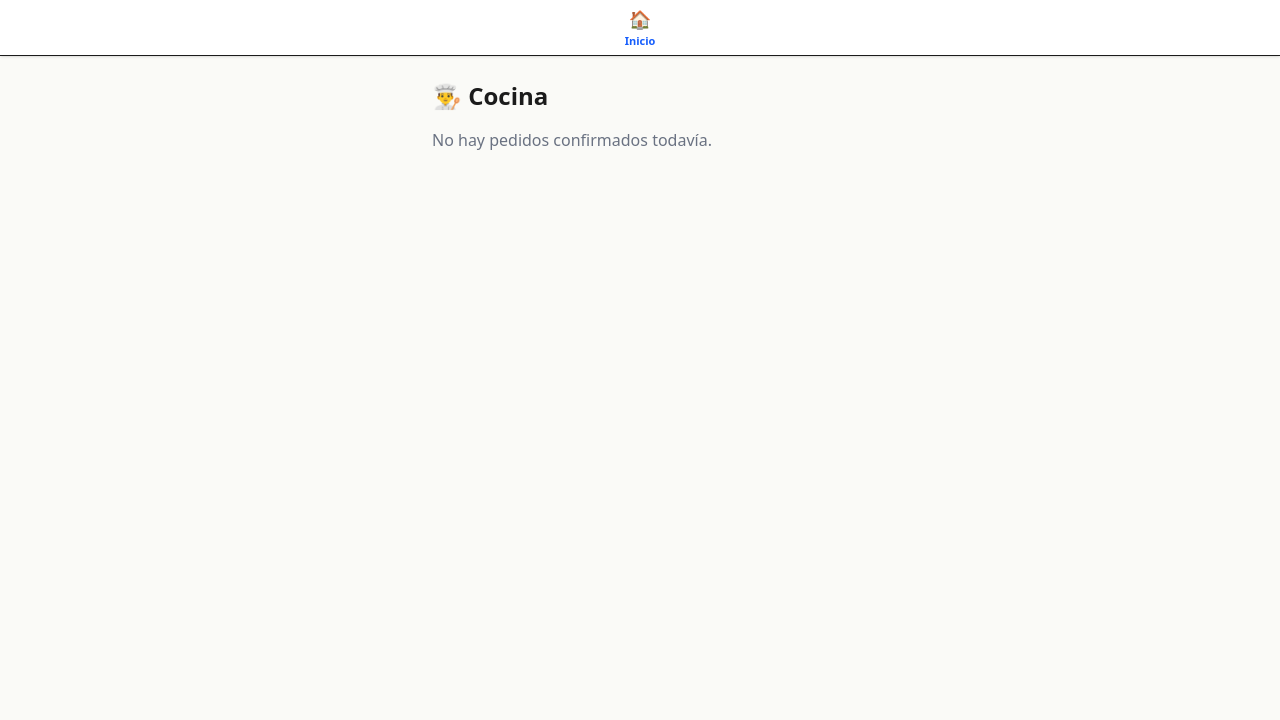
Repository: jrcardenas/sirvaapp
Page: /cocina
An editor plug-in stored every save of this project. The page is shown before and after the next save, followed by the edit.
The browser window is 1280 px wide. The pictures show the whole page.
The project was rebuilt for these pictures with package versions that can differ from the ones it lists, and the page was loaded fresh each time. The framework's server and built-in components were replaced by stand-ins that run in the browser. Also part of the build but not shown: next.config.ts, app/components/ui/CallWaiterToast.tsx.

Above is the page before, as saved 2025-11-07 16:28:55.

### app/layout.tsx
import type { Metadata } from "next";
import "./globals.css";

import Header from "@/components/layout/Header";
import CallWaiterPopup from "@/components/ui/CallWaiterPopup";
import CallWaiterToast from "@/components/ui/CallWaiterToast";

export const metadata: Metadata = {
  title: "SirvaApp",
  description: "Pide desde tu mesa. Sirve más rápido.",
};

export default function RootLayout({ children }: { children: React.ReactNode }) {
  return (
    <html lang="es">
      <body className="bg-[var(--color-background)] text-[var(--color-text-dark)]">
        <Header />

        {/* ✅ Popup de confirmación */}
        <CallWaiterPopup />

        {/* ✅ Toast flotante */}
        <CallWaiterToast />

        <main className="pt-16 pb-32 max-w-md mx-auto">
          {children}
        </main>
      </body>
    </html>
  );
}

### app/cocina/page.tsx
import { useOrderStore } from "@/store/orderStore";

export default function CocinaPage() {
  const mesas = useOrderStore((state) => state.mesas);

  // ✅ solo mostrar pedidos confirmados o en cocina
  const pedidosCocina = Object.entries(mesas).flatMap(([mesaId, mesa]) =>
    mesa.items
      .filter((item) =>
        item.estado === "confirmado" || item.estado === "enCocina"
      )
      .map((item) => ({
        ...item,
        mesaId,
      }))
  );

  return (
    <div className="p-4">
      <h1 className="text-2xl font-bold mb-4">👨‍🍳 Cocina</h1>

      {pedidosCocina.length === 0 && (
        <p className="text-gray-500">No hay pedidos confirmados todavía.</p>
      )}

      <div className="grid gap-3">
        {pedidosCocina.map((pedido) => (
          <div
            key={pedido.timestamp}
            className="p-3 rounded-lg shadow bg-white flex justify-between items-center"
          >
            <div>
              <p className="font-semibold">{pedido.name}</p>
              <p className="text-sm text-gray-500">Mesa {pedido.mesaId}</p>
            </div>

            <div className="flex gap-2">
              {pedido.estado === "confirmado" && (
                <button
                  onClick={() =>
                    useOrderStore
                      .getState()
                      .actualizarEstadoItem(pedido.mesaId, pedido.timestamp, "enCocina")
                  }
                  className="px-3 py-1 bg-yellow-500 text-white rounded"
                >
                  En cocina
                </button>
              )}

              {pedido.estado === "enCocina" && (
                <button
                  onClick={() =>
                    useOrderStore
                      .getState()
                      .actualizarEstadoItem(pedido.mesaId, pedido.timestamp, "listo")
                  }
                  className="px-3 py-1 bg-green-600 text-white rounded"
                >
                  Listo
                </button>
              )}
            </div>
          </div>
        ))}
      </div>
    </div>
  );
}

### app/globals.css
@import "tailwindcss";

/* ✅ Variables globales a juego con tu tailwind.config */
:root {
  --color-background: #FAFAF7;
  --color-surface: #FFFFFF;
  --color-surface-alt: #F3F3EF;

  --color-text-dark: #1B1B1B;
  --color-text-muted: #606060;
  --color-text-disabled: #AFAFAF;

  --color-border: #D4D4D4;

  --color-primary: #2E7D32;
  --color-primary-light: #4CAF50;
  --color-accent: #81C784;
  --color-danger: #C62828;

  --color-disabled-bg: #E6E6E6;
  --color-disabled-text: #A8A8A8;

  --radius: 14px;
  --button-height: 48px;
}

/* ✅ Fuente base limpia y moderna */
body {
  font-family: system-ui, -apple-system, BlinkMacSystemFont, "Segoe UI",
    Roboto, "Helvetica Neue", Arial, sans-serif;
  background-color: var(--color-background);
  color: var(--color-text-dark);
  -webkit-tap-highlight-color: transparent;
}

/* ✅ Utilidades de color para usar con clases Tailwind */
.bg-background { background-color: var(--color-background); }
.bg-surface { background-color: var(--color-surface); }
.bg-surfaceAlt { background-color: var(--color-surface-alt); }

.text-textDark { color: var(--color-text-dark); }
.text-textMuted { color: var(--color-text-muted); }
.text-disabledText { color: var(--color-text-disabled); }

.border-border { border-color: var(--color-border); }

.bg-primary { background-color: var(--color-primary); }
.bg-primaryLight { background-color: var(--color-primary-light); }
.bg-accent { background-color: var(--color-accent); }
.bg-danger { background-color: var(--color-danger); }

.bg-disabledBg { background-color: var(--color-disabled-bg); }

/* ✅ Botones sin texto invisible */
.disabled\:text-disabledText:disabled {
  color: var(--color-disabled-text);
}

/* ✅ Animaciones */
@keyframes fadeIn {
  from { opacity: 0; }
  to { opacity: 1; }
}

@keyframes slideUp {
  from { opacity: 0; transform: translateY(20px); }
  to { opacity: 1; transform: translateY(0); }
}

.animate-modal {
  animation: fadeIn 0.25s ease-out forwards,
             slideUp 0.25s ease-out forwards;
}

.animate-fade-in {
  animation: fadeIn 0.25s ease-out;
}

.animate-toast {
  animation: fadeIn 0.3s ease-out;
}

### app/components/layout/Header.tsx
"use client";

import { usePathname, useParams, useRouter } from "next/navigation";
import { useOrderStore } from "@/store/orderStore";
import { useEffect, useRef, useState } from "react";

type CallItem = {
  label: string;
  icon: string;
  visible: boolean;
  action: "call";
};

type LinkItem = {
  href: string;
  label: string;
  icon: string;
  visible: boolean;
};

type NavItem = CallItem | LinkItem;
function isLinkItem(item: NavItem): item is LinkItem {
  return "href" in item;
}

export default function Header() {
  const pathname = usePathname();
  const router = useRouter();
  const { mesas, llamarCamarero } = useOrderStore();

  const params = useParams() as Record<string, string | string[]>;
  const mesaId =
    typeof params?.id === "string"
      ? params.id
      : Array.isArray(params?.id)
      ? params.id[0]
      : undefined;

  const mesa = mesaId ? mesas[mesaId] : undefined;
  const llamada = mesa?.llamada ?? false;

  const [showPopup, setShowPopup] = useState(false);
  const [showToast, setShowToast] = useState(false);

  const dingRef = useRef<HTMLAudioElement | null>(null);

  // ✅ Prepara sonido (solo se reproduce cuando responde camarero)
  useEffect(() => {
    dingRef.current = new Audio("/sounds/ding.mp3");
    dingRef.current!.volume = 1;
  }, []);

  // ✅ Escucha notificación del camarero ➝ Toast + sonido
  useEffect(() => {
    if (!mesaId) return;

    const notify = new BroadcastChannel("notify_channel");

    notify.onmessage = (ev) => {
      const data = ev.data;
      if (!data || data.mesaId !== mesaId) return;

      if (data.mensaje === "camareroEnCamino") {
        dingRef.current?.play().catch(() => null);
        setShowToast(true);
        setTimeout(() => setShowToast(false), 3000);
      }
    };

    return () => notify.close();
  }, [mesaId]);

  const navItems: NavItem[] = [
    { href: "/", label: "Inicio", icon: "🏠", visible: true },
    {
      href: mesaId ? `/mesa/${mesaId}/menu` : "/",
      label: "Menú",
      icon: "🍽️",
      visible: !!mesaId,
    },
    {
      href: mesaId ? `/mesa/${mesaId}/cuenta` : "/",
      label: "Cuenta",
      icon: "🧾",
      visible: !!mesaId,
    },
    {
      label: llamada ? "Esperando" : "Llamar",
      icon: "🛎️",
      visible: !!mesaId,
      action: "call",
    },
    {
      href: mesaId ? `/mesa/${mesaId}/info` : "/",
      label: "Info",
      icon: "ℹ️",
      visible: !!mesaId,
    },
  ];

  // ✅ Cliente confirma que quiere llamar
  const handleConfirmCall = () => {
    if (!mesaId) return;

    llamarCamarero(mesaId);

    const pedidos = new BroadcastChannel("pedidos_channel");
    pedidos.postMessage({
      tipo: "llamada",
      mesaId,
      mesas: useOrderStore.getState().mesas,
    });
    pedidos.close();

    setShowPopup(false);
  };

  const handleClick = (item: NavItem) => {
    if (!item.visible) return;

    if (!isLinkItem(item)) {
      if (!llamada) setShowPopup(true);
      return;
    }

    router.push(item.href);
  };

  return (
    <>
      {/* ✅ Barra navegación */}
      <header className="w-full h-14 bg-white border-b shadow-sm fixed top-0 z-50">
        <nav className="flex justify-around items-center max-w-md mx-auto h-full text-[11px]">
          {navItems.filter((i) => i.visible).map((item) => {
            const isActive =
              isLinkItem(item) && pathname?.startsWith(item.href);
            const isCallActive = !isLinkItem(item) && llamada;

            return (
              <button
                key={item.label}
                onClick={() => handleClick(item)}
                className={`flex flex-col items-center relative ${
                  isActive || isCallActive
                    ? "text-blue-600 font-bold"
                    : "text-gray-500"
                }`}
              >
                <span className="text-lg">{item.icon}</span>
                <span>{item.label}</span>

                {!isLinkItem(item) && llamada && (
                  <span className="absolute top-0 right-0 w-2 h-2 bg-red-500 rounded-full animate-ping" />
                )}
              </button>
            );
          })}
        </nav>
      </header>

      {/* ✅ Confirmación llamada */}
      {showPopup && (
        <div className="fixed inset-0 bg-black/40 flex items-center justify-center z-50">
          <div className="bg-white rounded-2xl p-6 w-80 shadow-xl">
            <h3 className="text-lg font-bold text-center mb-4">
              ¿Llamar al camarero?
            </h3>

            <div className="flex gap-2">
              <button
                className="w-1/2 bg-gray-300 py-2 rounded-xl font-semibold"
                onClick={() => setShowPopup(false)}
              >
                ❌ Cancelar
              </button>

              <button
                className="w-1/2 bg-blue-600 text-white rounded-xl font-bold py-2"
                onClick={handleConfirmCall}
              >
                ✅ Llamar
              </button>
            </div>
          </div>
        </div>
      )}

      {/* ✅ Toast cuando camarero responde */}
      {showToast && (
        <div className="fixed bottom-24 left-1/2 -translate-x-1/2 bg-green-600 text-white px-4 py-2 rounded-full shadow-xl font-bold animate-fadeInOut">
          👋 El camarero está en camino
        </div>
      )}
    </>
  );
}

### app/components/ui/CallWaiterPopup.tsx
"use client";
import { useEffect, useState } from "react";

export default function CallWaiterPopup() {
  const [showPopup, setShowPopup] = useState(false);
  const [showToast, setShowToast] = useState(false);

  const handleConfirm = () => {
    setShowPopup(false);
    setShowToast(true);

    setTimeout(() => setShowToast(false), 2500);
  };

  useEffect(() => {
    const handler = () => setShowPopup(true);

    document.addEventListener("call-waiter", handler);
    return () => document.removeEventListener("call-waiter", handler);
  }, []);

  return (
    <>
      {/* ✅ Popup Confirmación */}
      {showPopup && (
        <div className="fixed inset-0 bg-black/50 backdrop-blur-sm flex items-center justify-center z-50 animate-fade-in">
          <div className="bg-white rounded-2xl p-6 w-80 shadow-xl animate-modal">

            <h3 className="text-lg font-bold text-center mb-3 text-[var(--color-text-dark)]">
              ¿Llamar al camarero?
            </h3>

            <p className="text-center text-[var(--color-text-dark)] mb-4">
              Le avisaremos enseguida 🚶‍♂️
            </p>

            <div className="flex gap-2">
              <button
                className="w-1/2 py-2 rounded-lg bg-gray-300 font-semibold"
                onClick={() => setShowPopup(false)}
              >
                ❌ Cancelar
              </button>

              <button
                className="w-1/2 py-2 rounded-lg bg-[var(--color-primary)] text-white font-semibold"
                onClick={handleConfirm}
              >
                🛎️ Llamar
              </button>
            </div>

          </div>
        </div>
      )}

      {/* ✅ Toast animado */}
      {showToast && (
        <div className="fixed bottom-32 left-1/2 -translate-x-1/2
                        bg-[var(--color-primary)] text-white px-4 py-2
                        rounded-full shadow-xl animate-toast z-[9999]">
          🛎️ ¡Camarero avisado!
        </div>
      )}
    </>
  );
}

Loaded but not shown: app/store/orderStore.ts (309 lines, source omitted)

After the next save:
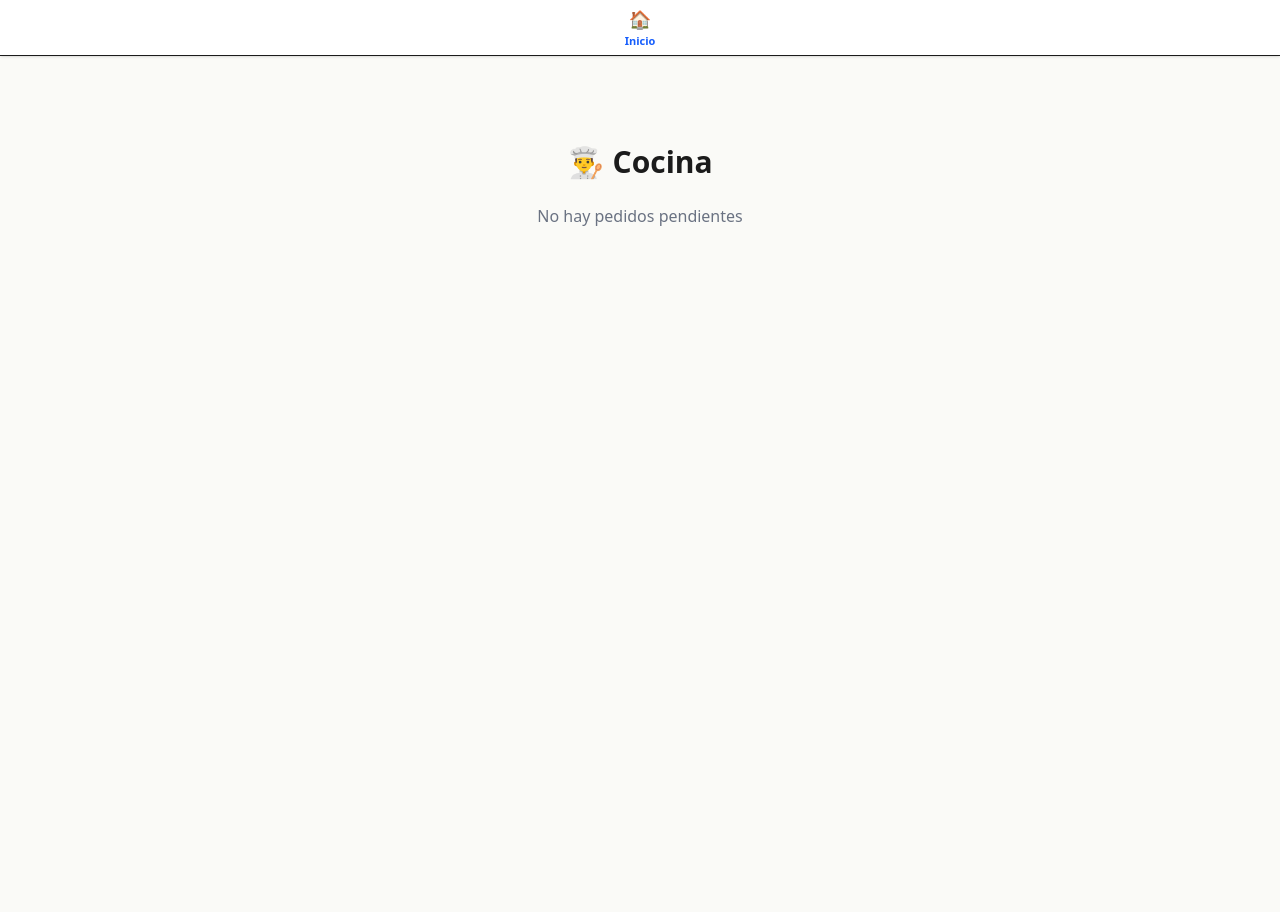
Saved 54 s later.
--- a/app/cocina/page.tsx
+++ b/app/cocina/page.tsx
@@ -1,69 +1,86 @@
-import { useOrderStore } from "@/store/orderStore";
+"use client";
+
+import { useEffect, useMemo } from "react";
+import { useOrderStore, PedidoItem } from "@/store/orderStore";
 
 export default function CocinaPage() {
-  const mesas = useOrderStore((state) => state.mesas);
+  const { mesas, actualizarEstadoItem } = useOrderStore();
 
-  // ✅ solo mostrar pedidos confirmados o en cocina
-  const pedidosCocina = Object.entries(mesas).flatMap(([mesaId, mesa]) =>
-    mesa.items
-      .filter((item) =>
-        item.estado === "confirmado" || item.estado === "enCocina"
-      )
-      .map((item) => ({
-        ...item,
-        mesaId,
-      }))
-  );
+  // 🔄 Sincronización con BroadcastChannel
+  useEffect(() => {
+    const pedidos = new BroadcastChannel("pedidos_channel");
+    pedidos.onmessage = (ev) => {
+      if (ev.data?.mesas) {
+        useOrderStore.setState({ mesas: structuredClone(ev.data.mesas) });
+      }
+    };
+    return () => pedidos.close();
+  }, []);
+
+  // 🧮 Derivamos los pedidos pendientes directamente con useMemo
+  const pendientes = useMemo(() => {
+    const lista: (PedidoItem & { mesaId: string })[] = [];
+    Object.entries(mesas).forEach(([mesaId, mesa]) => {
+      mesa.items.forEach((item) => {
+        if (!item.entregado && item.estado !== "listo") {
+          lista.push({ ...item, mesaId });
+        }
+      });
+    });
+    return lista;
+  }, [mesas]);
 
   return (
-    <div className="p-4">
-      <h1 className="text-2xl font-bold mb-4">👨‍🍳 Cocina</h1>
+    <main className="min-h-screen bg-background p-5 pt-20 max-w-3xl mx-auto">
+      <h1 className="text-3xl font-bold text-center mb-6">👨‍🍳 Cocina</h1>
 
-      {pedidosCocina.length === 0 && (
-        <p className="text-gray-500">No hay pedidos confirmados todavía.</p>
+      {pendientes.length === 0 && (
+        <p className="text-center text-gray-500">No hay pedidos pendientes</p>
       )}
 
-      <div className="grid gap-3">
-        {pedidosCocina.map((pedido) => (
+      <div className="grid gap-4">
+        {pendientes.map((p) => (
           <div
-            key={pedido.timestamp}
-            className="p-3 rounded-lg shadow bg-white flex justify-between items-center"
+            key={p.timestamp}
+            className={`p-4 rounded-2xl shadow border ${
+              p.estado === "enCocina"
+                ? "bg-yellow-100 border-yellow-400"
+                : "bg-white"
+            }`}
           >
-            <div>
-              <p className="font-semibold">{pedido.name}</p>
-              <p className="text-sm text-gray-500">Mesa {pedido.mesaId}</p>
+            <div className="flex justify-between items-center mb-1">
+              <h3 className="font-bold text-lg">{p.name}</h3>
+              <span className="text-sm text-gray-500">Mesa {p.mesaId}</span>
             </div>
 
-            <div className="flex gap-2">
-              {pedido.estado === "confirmado" && (
+            <p className="text-gray-700 text-sm mb-3">{p.price.toFixed(2)} €</p>
+
+            <div className="flex justify-end gap-2">
+              {p.estado === "pendiente" && (
                 <button
                   onClick={() =>
-                    useOrderStore
-                      .getState()
-                      .actualizarEstadoItem(pedido.mesaId, pedido.timestamp, "enCocina")
+                    actualizarEstadoItem(p.mesaId, p.timestamp, "enCocina")
                   }
-                  className="px-3 py-1 bg-yellow-500 text-white rounded"
+                  className="bg-yellow-500 text-white px-3 py-1 rounded-lg"
                 >
-                  En cocina
+                  🍳 En cocina
                 </button>
               )}
 
-              {pedido.estado === "enCocina" && (
+              {p.estado === "enCocina" && (
                 <button
                   onClick={() =>
-                    useOrderStore
-                      .getState()
-                      .actualizarEstadoItem(pedido.mesaId, pedido.timestamp, "listo")
+                    actualizarEstadoItem(p.mesaId, p.timestamp, "listo")
                   }
-                  className="px-3 py-1 bg-green-600 text-white rounded"
+                  className="bg-green-600 text-white px-3 py-1 rounded-lg"
                 >
-                  Listo
+                  ✅ Listo
                 </button>
               )}
             </div>
           </div>
         ))}
       </div>
-    </div>
+    </main>
   );
 }
